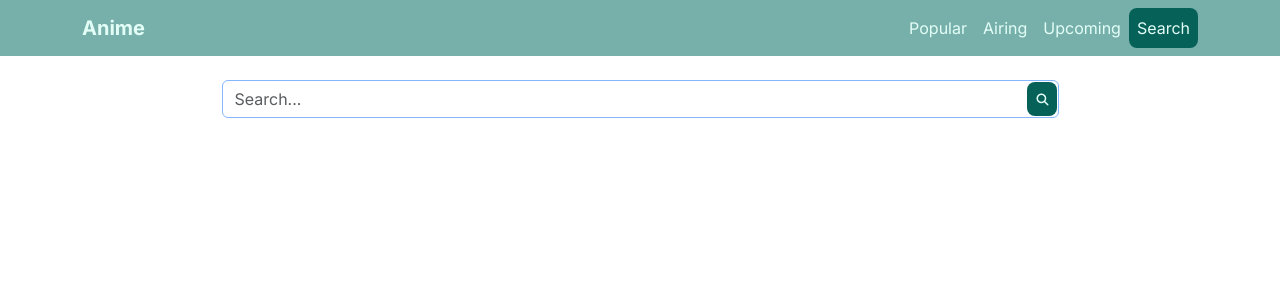
Repository: YomnaWegdan/anime
Page: /search
These files come from the project's save history. The page is drawn as it stood at one moment and after a run of saves; the edit follows.
The browser window is 1280 px wide. The pictures show the whole page.
The first visible `.form-control` has the focus.
The project was rebuilt for these pictures with package versions that can differ from the ones it lists, and the page was loaded fresh each time. The framework's server and built-in components were replaced by stand-ins that run in the browser. Also part of the build but not shown: next.config.mjs, src/app/animateCard/animateCard.jsx.

Above is the page before, as saved 2024-05-17 21:59:11.

After the next 3 saves:
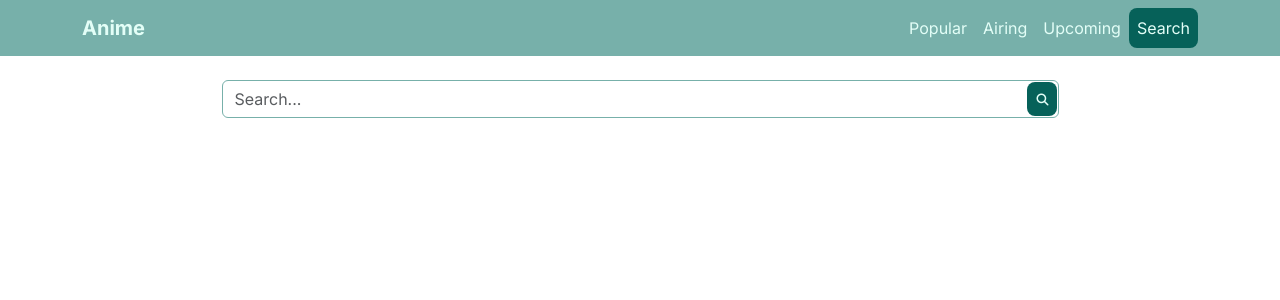
The 3 saves are shown as one change because they came seconds apart.
The last was saved 12 s later.
--- a/src/app/globals.css
+++ b/src/app/globals.css
@@ -154,6 +154,6 @@ a {
   top: 5.3%;
 }
 .form-control:focus {
-  border: ;
+  border-color: #77B0AA;
   box-shadow: none;
 }
